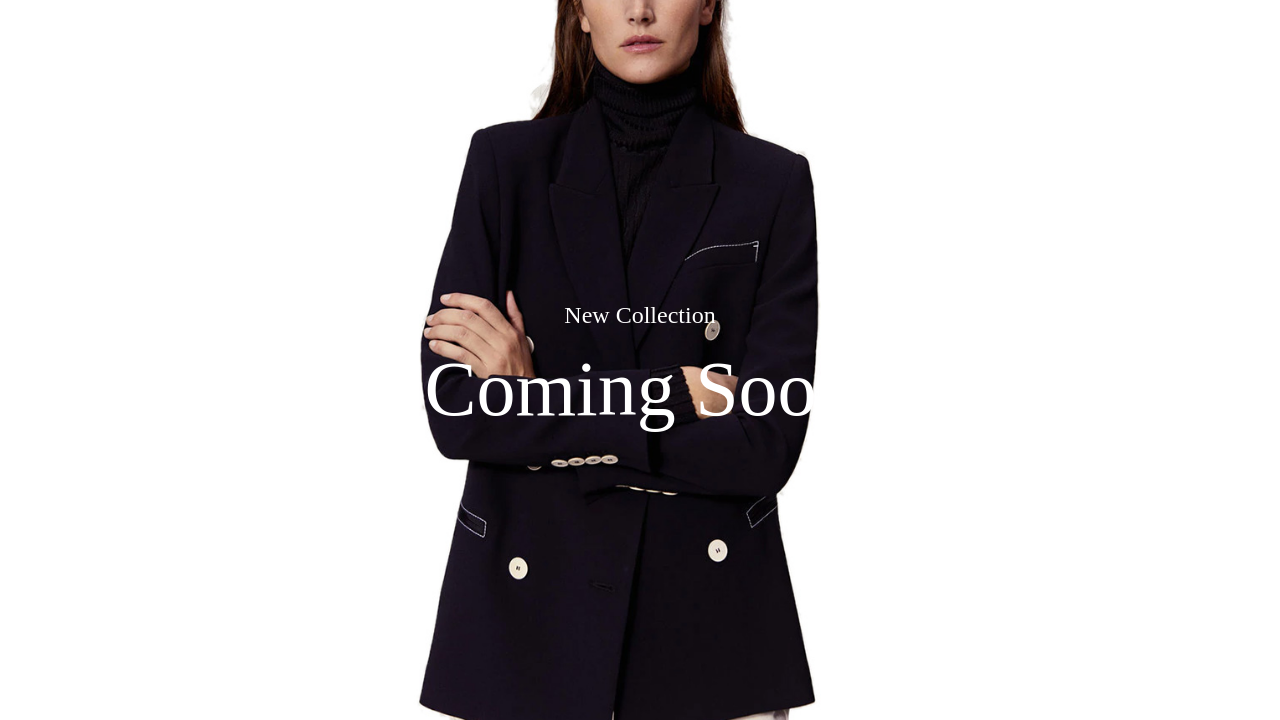
Repository: ST-United-Internship/Modaz-4life
Page: comingsoon&FAQ/coming-soon.html
These files come from the project's save history. The page is drawn as it stood at one moment and after a run of saves; the edit follows.
The browser window is 1280 px wide. The pictures show the whole page.

Above is the page before, as saved 2023-03-21 14:43:34.

After the next 4 saves:
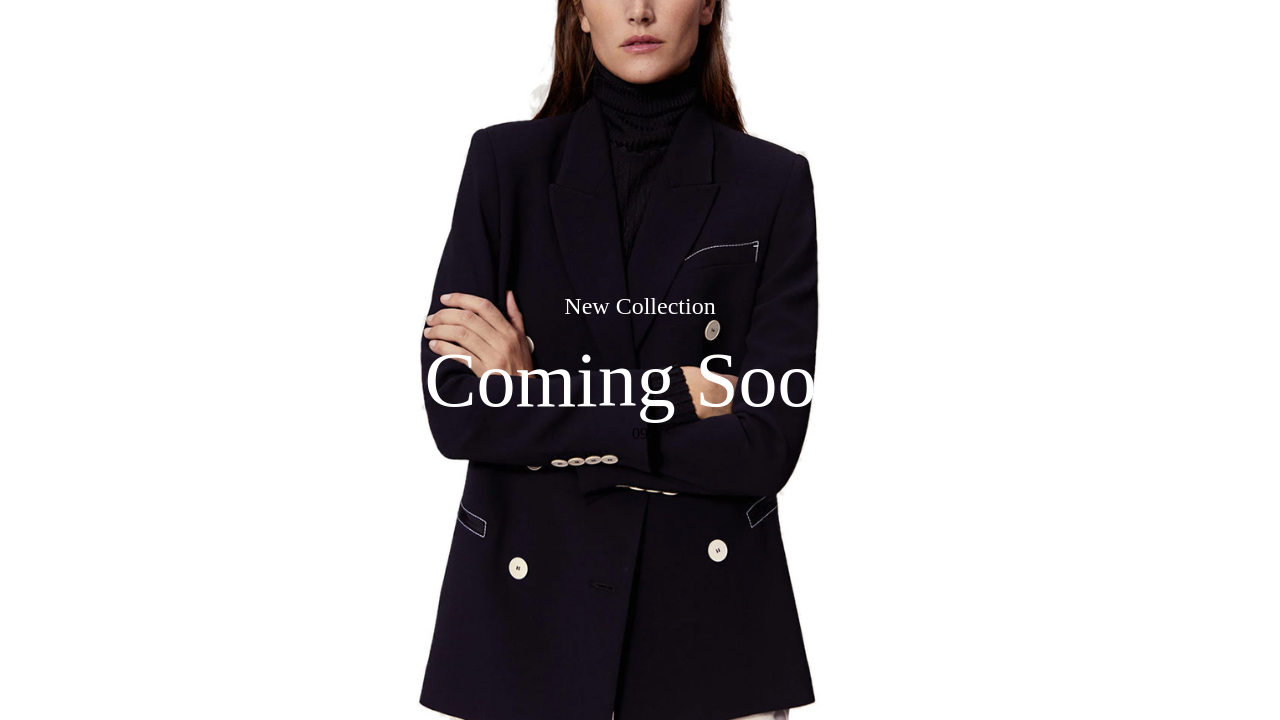
The 4 saves are shown as one change because they came seconds apart.
The last was saved 12 s later.
--- a/comingsoon&FAQ/coming-soon.html
+++ b/comingsoon&FAQ/coming-soon.html
@@ -14,7 +14,7 @@
         <p>Coming Soon</p>
         <div class="time-titles">
             <div class="time days">
-
+                <span class="number">09</span>
             </div>
         </div>
        </section>
